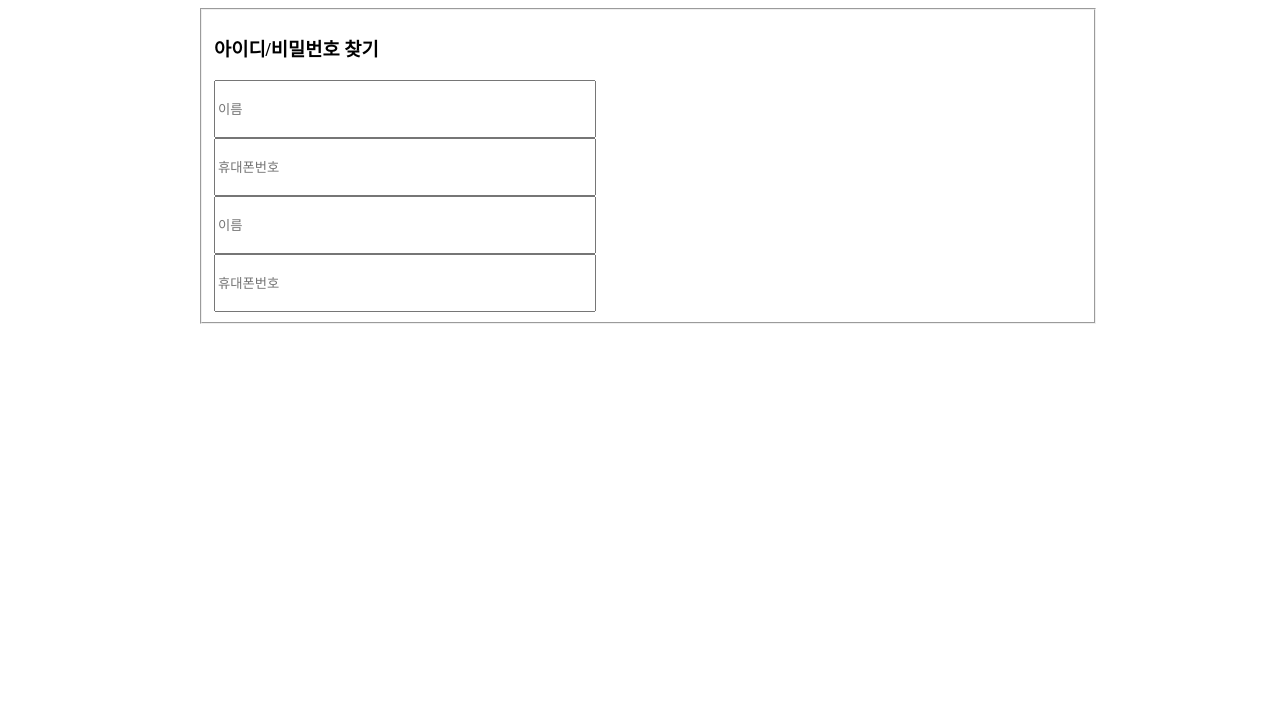
Repository: agheha/trillion
Page: YH/study_project/html/find.html
The author's editor kept a copy of each file at every save. The page is drawn from the files as they stood at one save, then again after the next save.
The browser window is 1280 px wide. The page is 1288 px wide, so the pictures cover 1288 px, including what lies to the right of the window. The pictures show the whole page.

Above is the page before, as saved 2019-09-04 19:22:06.

After the next save:
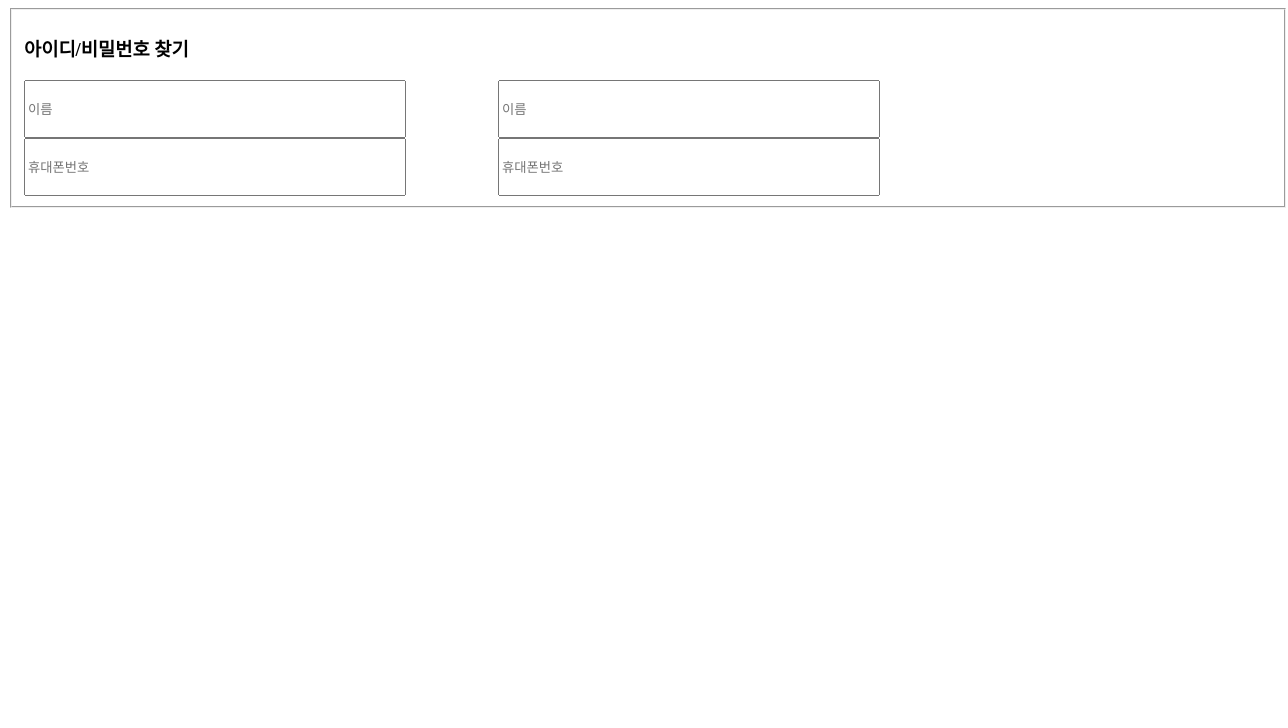
Saved 4 s later.
--- a/YH/study_project/html/find.html
+++ b/YH/study_project/html/find.html
@@ -8,7 +8,6 @@
     <link rel="stylesheet" href="./../css/find.css">
 </head>
 <body>
-    <section>
         <fieldset>
             <form action="">
                 <h3>아이디/비밀번호 찾기</h3>
